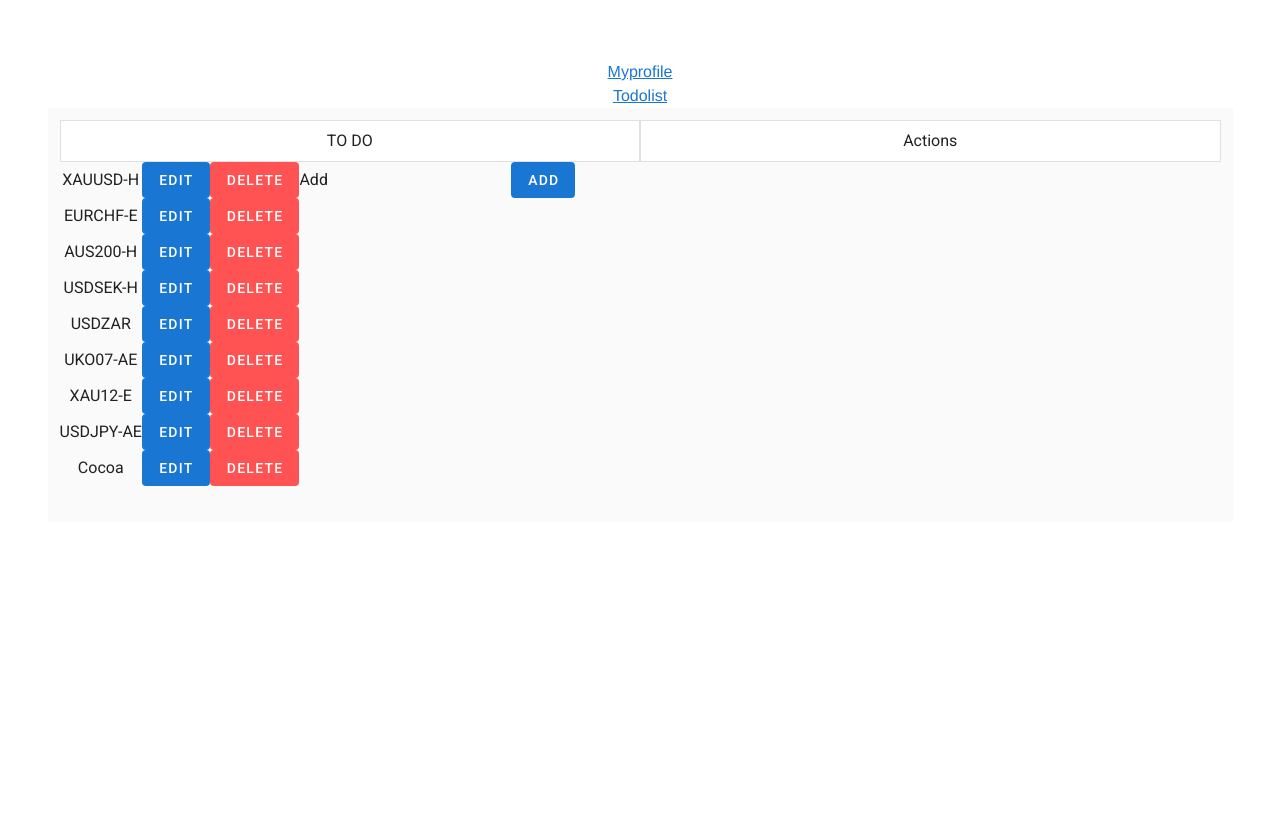
Repository: Shanshan67/todolist
Page: /#/todolist
These files come from the project's save history. The page is drawn as it stood at one moment and after the next save; the edit follows.
The browser window is 1280 px wide. The pictures show the whole page.
The project was rebuilt for these pictures with package versions that can differ from the ones it lists, and the page was loaded fresh each time. Requests to the local data server were answered from the project's data file. Also part of the build but not shown: src/pages/Dashboard.vue, src/components/Search.vue, src/components/List.vue, src/pages/Myprofile.vue.

Above is the page before, as saved 2022-07-20 19:45:46.

### index.html
<!DOCTYPE html>
<html>
  <head>
    <meta charset="utf-8">
    <meta name="viewport" content="width=device-width,initial-scale=1.0">
    <link href="https://fonts.googleapis.com/css?family=Roboto:100,300,400,500,700,900" rel="stylesheet">
    <link href="https://cdn.jsdelivr.net/npm/@mdi/font@6.x/css/materialdesignicons.min.css" rel="stylesheet">
    <title>baoge</title>
  </head>
  <body>
    <div id="app"></div>
    <!-- built files will be auto injected -->
  </body>
</html>

### src/main.js
// The Vue build version to load with the `import` command
// (runtime-only or standalone) has been set in webpack.base.conf with an alias.
import Vue from 'vue'
import App from './App'
import router from './router'
import store from './store'
import './plugins/vuetify'
import vuetify from '@/plugins/vuetify'

Vue.config.productionTip = false

/* eslint-disable no-new */
new Vue({
  el: '#app',
  router,
  store,
  vuetify,
  components: { App },
  template: '<App/>'
})

### src/App.vue
<template>
  <v-app>
    <div>
      <HelloWorld/>
    </div>
    <div>
      <router-link to="/profile">Myprofile</router-link>
      <v-spacer></v-spacer>
      <router-link to="/todolist">Todolist</router-link>
    </div>
    <v-content>
      <router-view/>
    </v-content>
  </v-app>
</template>

<script>
import Dashboard from './pages/Dashboard.vue';
export default {
    name: "App",
    components: { Dashboard }
}
</script>

<style>
#app {
  font-family: 'Avenir', Helvetica, Arial, sans-serif;
  -webkit-font-smoothing: antialiased;
  -moz-osx-font-smoothing: grayscale;
  text-align: center;
  color: #2c3e50;
  margin-top: 60px;
}
</style>

### src/router/index.js
import Vue from 'vue'
import Router from 'vue-router'
import Dashboard from '@/pages/Dashboard'
import Myprofile from '../pages/Myprofile'
import Todolist from '../pages/Todolist'

Vue.use(Router)

export default new Router({
  routes: [
    {
      path: '/',
      name: 'Dashboard',
      component: Dashboard
    },
    {
			path:'/profile',
			component:Myprofile
		},
		{
			path:'/todolist',
			component:Todolist
		}
  ]
})

### src/store/index.js
import Vue from 'vue'
import Vuex from 'vuex'
import Axios from "axios"

Vue.use(Vuex)

const todoUrl = "http://localhost:3000/todos";

const actions = {
	searchName(context,value){
		Axios.get(`${todoUrl}/${value}`).then(response => {
            context.commit('searchName', response.data);
			console.log(response.data)
        });
	}
}


const mutations = {
	searchName(state,data){
		state.users = data
	}
}

const state = {
	users:[]
}

export default new Vuex.Store({
	state,
	actions,
	mutations
})

### src/plugins/vuetify.js
// src/plugins/vuetify.js

import Vue from 'vue'
import Vuetify from 'vuetify'
import 'vuetify/dist/vuetify.min.css'

Vue.use(Vuetify, {
    iconfont: 'md',
    theme:{
        primary: '#962ff',
        success: '#3cd1c2',
        info: '#ffaa2c',
        error: '#f83e70',
    }
})

const opts = {}

export default new Vuetify(opts)

### src/pages/Todolist.vue
<template>
	<div>
		<v-app id="inspire">
    		<v-container class="grey lighten-5">
				<v-row class="mb-6" no-gutters>
					<v-col sm="5" md="6">
						<v-card class="pa-2" outlined tile>TO DO</v-card>
					</v-col>
					<v-col sm="5" offset-sm="2" md="6" offset-md="0">
          				<v-card class="pa-2" outlined tile>Actions</v-card>
        			</v-col>
					<tbody>
						<tr v-for="(item, i) in todoList" :key="i">
							<td class="align-middle w-75">
								{{item.name}}
							</td>
							<td class="align-middle text-center w-75">
								<v-btn
        							depressed
        							color="primary"
									@click="handleEdit(item.id)">Edit</v-btn>
      		 					<v-btn
        							depressed
        							color="error"
									@click="handleDelete(item.id)">Delete</v-btn>
							</td>
						</tr>
					</tbody>
					<tfoot>
						<td class="align-middle text-center w-75">
							<div class="form-group">
								<label for="">
									{{ editMode ? "Edit" : "Add" }}</label>
								<input
									type="text"
									class="form-control"
									v-model="todoItem.name"
								/>
							</div>
						</td>
						<td class="align-middle text-center w-25">
							<v-btn
        						depressed
        						color="primary"
								@click="handleToDoItem">{{ editMode ? "Edit" : "Add" }}</v-btn>
							<v-btn
								v-if="editMode"
        						depressed
        						color="error"
								@click="handleCancel">Cancel</v-btn>
						</td>
					</tfoot>
				</v-row>
			</v-container>
  		</v-app>
	</div>
</template>

<script>
	import Axios from "axios";
	const todoUrl = "http://localhost:3000/todos";
	export default {
		name:'Todolist',
		data() {
			return {
				todoList:[],
				todoItem:{},
				editMode:false
			}
		},
		methods: {
			handleEdit(id){
				this.editMode=true;
				this.todoItem=this.todoList.find((item) => item.id == id);
			},
			handleCancel() {
				this.editMode=false;
				this.todoItem="";
			},
			async handleToDoItem(){
				const id=this.todoItem.id;
				if(this.editMode){
					await Axios.put(`${todoUrl}/${id}`, this.todoItem);
					this.editMode=false;
					this.todoItem.name="";
				}else{
					await Axios.post(todoUrl, this.todoItem);
					this.todoItem.name = "";
				}
				Axios.get(todoUrl).then((response) => (this.todoList = response.data));
			},
			async handleDelete(id) {
				await Axios.delete(`${todoUrl}/${id}`);
				Axios.get(todoUrl).then((response) => (this.todoList = response.data));
			}
		},
		created() {
			Axios.get(todoUrl).then((response) => (this.todoList = response.data));
		}
	}
</script>

### db.json
{
  "todos": [
    {
      "id": 2,
      "server_id": 3,
      "name": "XAUUSD-H",
      "description": "Gold vs USD",
      "currency": "USD",
      "type": 4,
      "digits": 2,
      "trade": 0,
      "swap_long": -1.83625,
      "swap_short": 1.82325,
      "contract_size": 100
    },
    {
      "id": 3,
      "server_id": 3,
      "name": "EURCHF-E",
      "description": "Euro vs Swiss Franc",
      "currency": "EUR",
      "type": 6,
      "digits": 5,
      "trade": 0,
      "swap_long": 0.027,
      "swap_short": -0.825,
      "contract_size": 100000
    },
    {
      "id": 4,
      "server_id": 3,
      "name": "AUS200-H",
      "description": "S&P/ASX200",
      "currency": "AUD",
      "type": 4,
      "digits": 2,
      "trade": 0,
      "swap_long": 0.68,
      "swap_short": -1.06,
      "contract_size": 1
    },
    {
      "id": 5,
      "server_id": 3,
      "name": "USDSEK-H",
      "description": "US Dollar vs Swedish Krona",
      "currency": "USD",
      "type": 4,
      "digits": 5,
      "trade": 0,
      "swap_long": 0.256,
      "swap_short": -1.44,
      "contract_size": 100000
    },
    {
      "id": 6,
      "server_id": 3,
      "name": "USDZAR",
      "description": "US Dollar vs South African Rand",
      "currency": "USD",
      "type": 0,
      "digits": 5,
      "trade": 2,
      "swap_long": -23.004,
      "swap_short": 5.88,
      "contract_size": 100000
    },
    {
      "id": 8,
      "server_id": 3,
      "name": "UKO07-AE",
      "description": "Brent Crude Oil Cash Future 0124-0530",
      "currency": "USD",
      "type": 29,
      "digits": 3,
      "trade": 0,
      "swap_long": -8.604,
      "swap_short": 4.626,
      "contract_size": 1000
    },
    {
      "id": 9,
      "server_id": 3,
      "name": "XAU12-E",
      "description": "Gold Future",
      "currency": "USD",
      "type": 4,
      "digits": 2,
      "trade": 0,
      "swap_long": -11.088,
      "swap_short": 0.792,
      "contract_size": 100
    },
    {
      "id": 10,
      "server_id": 3,
      "name": "USDJPY-AE",
      "description": "US Dollar vs Japanese Yen",
      "currency": "USD",
      "type": 27,
      "digits": 3,
      "trade": 0,
      "swap_long": 1.35,
      "swap_short": -4.191,
      "contract_size": 100000
    },
    {
      "id": 11,
      "server_id": 3,
      "name": "Cocoa",
      "description": "US Cocoa",
      "currency": "USD",
      "type": 20,
      "digits": 1,
      "trade": 0,
      "swap_long": -12.3289,
      "swap_short": 7.3873,
      "contract_size": 10
    }
  ]
}

After the next save:
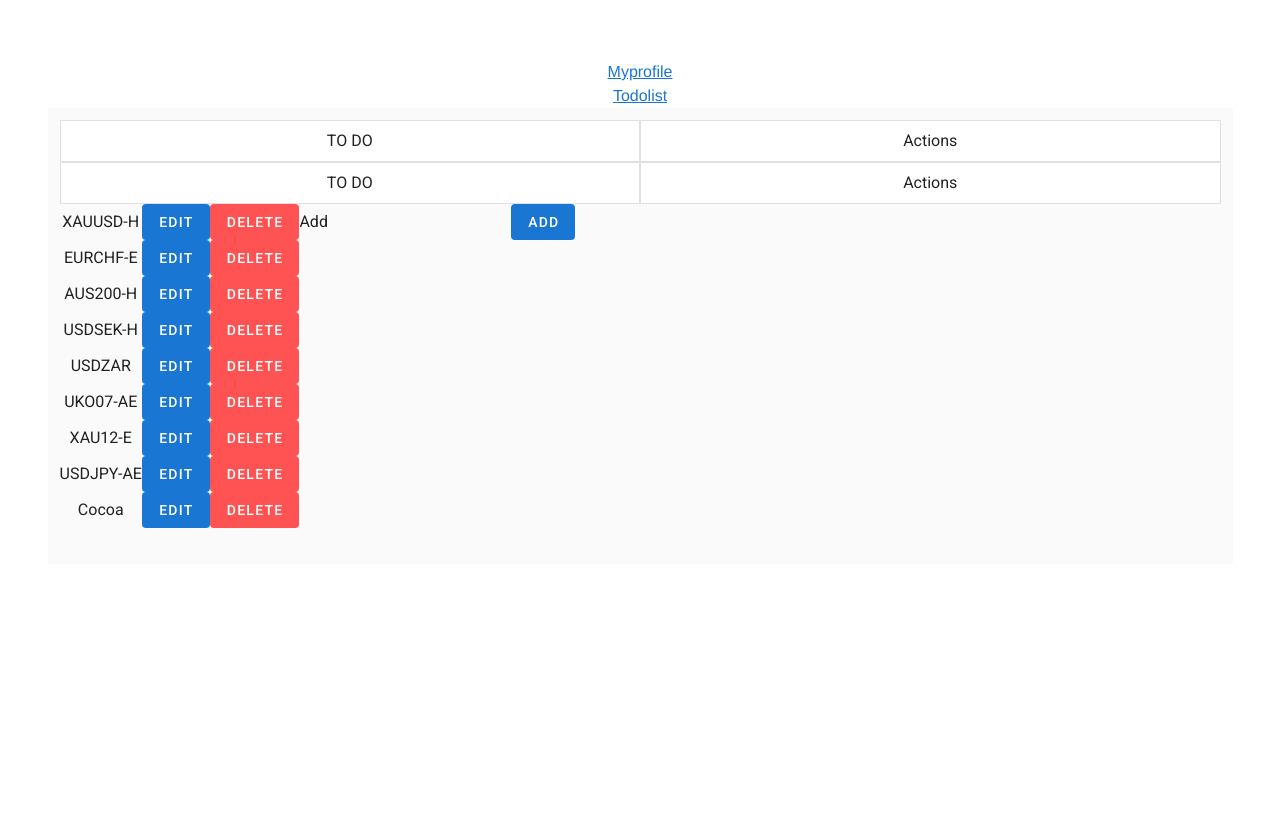
Saved 51 s later.
--- a/src/pages/Todolist.vue
+++ b/src/pages/Todolist.vue
@@ -9,6 +9,14 @@
 					<v-col sm="5" offset-sm="2" md="6" offset-md="0">
           				<v-card class="pa-2" outlined tile>Actions</v-card>
         			</v-col>
+
+					<v-col sm="5" md="6">
+						<v-card class="pa-2" outlined tile>TO DO</v-card>
+					</v-col>
+					<v-col sm="5" offset-sm="2" md="6" offset-md="0">
+          				<v-card class="pa-2" outlined tile>Actions</v-card>
+        			</v-col>
+
 					<tbody>
 						<tr v-for="(item, i) in todoList" :key="i">
 							<td class="align-middle w-75">
